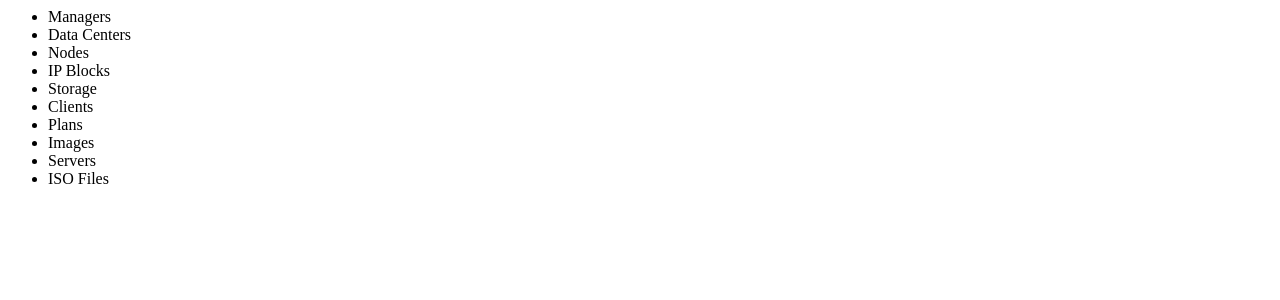
Repository: terameta/com.luckynode.cloud
Page: client/partials/r/admin/dashboardSideBar.html
The author's editor kept a record of every edit. The page is drawn from the files as they stood at one moment, then again after the next edit.
The browser window is 1280 px wide. The pictures show the whole page.

Above is the page before.

### client/partials/r/admin/dashboardSideBar.html
<div class="cloud-side-menu">
	<ul>
		<li ng-class="{active : isCurFocus('manager')}"		ng-click="managersGo()">	<i class="fa fa-arrows fa-fw"></i>			Managers</li>
		<li ng-class="{active : isCurFocus('datacenter')}"	ng-click="datacentersGo()">	<i class="fa fa-building fa-fw"></i>		Data Centers</li>
		<li ng-class="{active : isCurFocus('node')}"		ng-click="nodesGo()">		<i class="fa fa-industry fa-fw"></i>		Nodes</li>
		<li ng-class="{active : isCurFocus('ipblock')}"		ng-click="ipblocksGo()">	<i class="fa fa-share-alt fa-fw"></i> 		IP Blocks</li>
		<li ng-class="{active : isCurFocus('storage')}"		ng-click='storagesGo()'>	<i class="fa fa-hdd-o fa-fw"></i> 			Storage</li>
		<li ng-class="{active : isCurFocus('client')}"		ng-click='clientsGo()'>		<i class="fa fa-users fa-fw"></i>			Clients</li>
		<li ng-class="{active : isCurFocus('plan')}"		ng-click='plansGo()'>		<i class="fa fa-clone fa-fw"></i>			Plans</li>
		<li ng-class="{active : isCurFocus('image')}"		ng-click='imagesGo()'>		<i class="fa fa-puzzle-piece fa-fw"></i>	Images</li>
		<li ng-class="{active : isCurFocus('server')}"		ng-click='serversGo()'>		<i class="fa fa-server fa-fw"></i>			Servers</li>
		<li ng-class="{active : isCurFocus('isofile')}"		ng-click='isofilesGo()'>		<i class="fa fa-dot-circle-o fa-fw"></i>	ISO Files</li>
	</ul>
</div>
<!--div class="nav-side-menu">
    <i class="fa fa-bars fa-2x toggle-btn" data-toggle="collapse" data-target="#menu-content"></i>

        <div class="menu-list">

            <ul id="menu-content" class="menu-content collapse out">
                <li>
                  <a href="#">
                  <i class="fa fa-dashboard fa-lg"></i> Dashboard
                  </a>
                </li>

                <li  data-toggle="collapse" data-target="#products" class="collapsed active">
                  <a href="#"><i class="fa fa-gift fa-lg"></i>  <span class="arrow"></span></a>
                </li>
                <ul class="sub-menu collapse" id="products">
                    <li class="active"><a href="#">CSS3 Animation</a></li>
                    <li><a href="#">General</a></li>
                    <li><a href="#">Buttons</a></li>
                    <li><a href="#">Tabs & Accordions</a></li>
                    <li><a href="#">Typography</a></li>
                    <li><a href="#">FontAwesome</a></li>
                    <li><a href="#">Slider</a></li>
                    <li><a href="#">Panels</a></li>
                    <li><a href="#">Widgets</a></li>
                    <li><a href="#">Bootstrap Model</a></li>
                </ul>


                <li data-toggle="collapse" data-target="#service" class="collapsed">
                  <a href="#"><i class="fa fa-globe fa-lg"></i><span class="arrow"></span></a>
                </li>
                <ul class="sub-menu collapse" id="service">
                  <li>New Service 1</li>
                  <li>New Service 2</li>
                  <li>New Service 3</li>
                </ul>


                <li data-toggle="collapse" data-target="#new" class="collapsed">
                  <a href="#"><i class="fa fa-car fa-lg"></i>  <span class="arrow"></span></a>
                </li>
                <ul class="sub-menu collapse" id="new">
                  <li>New New 1</li>
                  <li>New New 2</li>
                  <li>New New 3</li>
                </ul>


                 <li>
                  <a href="#">
                  <i class="fa fa-user fa-lg"></i> Profile
                  </a>
                  </li>

                 <li>
                  <a href="#">
                  <i class="fa fa-users fa-lg"></i> Users
                  </a>
                </li>
            </ul>
     </div>
</div-->

After the next edit:
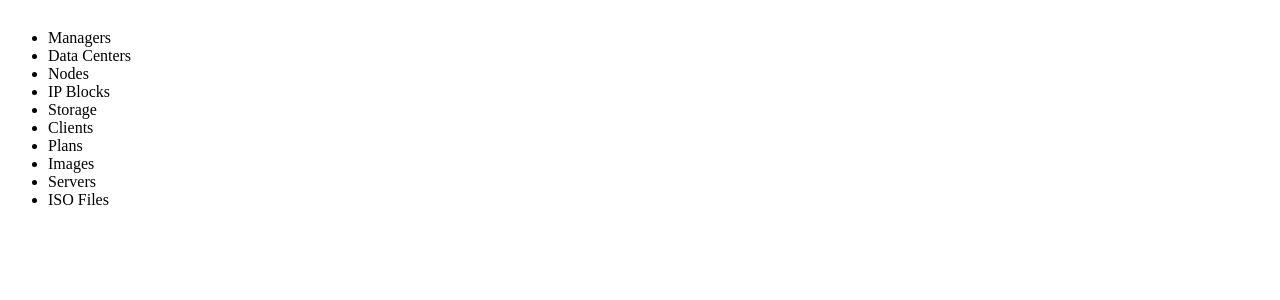
The edit:
--- a/client/partials/r/admin/dashboardSideBar.html
+++ b/client/partials/r/admin/dashboardSideBar.html
@@ -1,4 +1,4 @@
-<div class="cloud-side-menu">
+<div class="cloud-side-menu" style="padding-top:5px;">
 	<ul>
 		<li ng-class="{active : isCurFocus('manager')}"		ng-click="managersGo()">	<i class="fa fa-arrows fa-fw"></i>			Managers</li>
 		<li ng-class="{active : isCurFocus('datacenter')}"	ng-click="datacentersGo()">	<i class="fa fa-building fa-fw"></i>		Data Centers</li>
